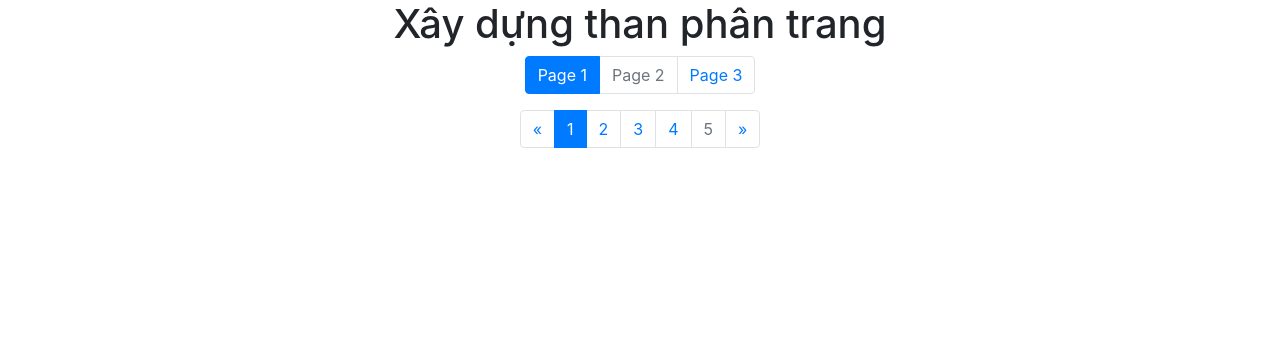
Repository: anhtu2110/front_end
Page: lesson/bootstrap/advance/5.7-pagination.html
These files come from the project's save history. The page is drawn as it stood at one moment and after the next save; the edit follows.
The browser window is 1280 px wide. The pictures show the whole page.

Above is the page before, as saved 2022-12-07 14:56:51.

### lesson/bootstrap/advance/5.7-pagination.html
<!DOCTYPE html>
<html lang="en">
  <head>
    <meta charset="UTF-8" />
    <meta http-equiv="X-UA-Compatible" content="IE=edge" />
    <meta name="viewport" content="width=device-width, initial-scale=1.0" />
    <link rel="stylesheet" href="./bootstrap/css/bootstrap.min.css" />
    <title>Xây dựng thanh phân trang danh sách bài viết, sản phẩm</title>
  </head>
  <body>
    <div class="container">
      <div class="row">
        <div class="col-md-12">
          <h1 class="text-center">Xây dựng than phân trang</h1>
          <nav aria-label="Page navigation">
            <ul class="pagination justify-content-center">
              <li class="page-item active" aria-current="page">
                <a class="page-link" href="#"
                  >Page 1 <span class="sr-only">(current)</span></a
                >
              </li>
              <li class="page-item disabled">
                <a class="page-link" href="#" tabindex="-1" aria-disabled="true"
                  >Page 2</a
                >
              </li>
              <li class="page-item">
                <a class="page-link" href="#">Page 3</a>
              </li>
            </ul>
          </nav>

          <nav>
            <ul class="pagination justify-content-center">
              <li class="page-item">
                <a href="" class="page-link">&laquo;</a>
              </li>
              <li class="page-item active">
                <a href="" class="page-link">1</a>
              </li>
              <li class="page-item">
                <a href="" class="page-link">2</a>
              </li>
              <li class="page-item">
                <a href="" class="page-link">3</a>
              </li>
              <li class="page-item">
                <a href="" class="page-link">4</a>
              </li>
              <li class="page-item disabled">
                <a href="" class="page-link">5</a>
              </li>
              <li class="page-item">
                <a href="" class="page-link">&raquo;</a>
              </li>
            </ul>
          </nav>
        </div>
      </div>
    </div>
    <script src="js/jquery-3.6.1.min.js"></script>
    <script src="js/popper.min.js"></script>
    <script src="./bootstrap/js/bootstrap.min.js"></script>
  </body>
</html>

Loaded but not shown: lesson/bootstrap/advance/bootstrap/css/bootstrap.min.css (library); lesson/bootstrap/advance/js/jquery-3.6.1.min.js (library); lesson/bootstrap/advance/js/popper.min.js (library); lesson/bootstrap/advance/bootstrap/js/bootstrap.min.js (library)

After the next save:
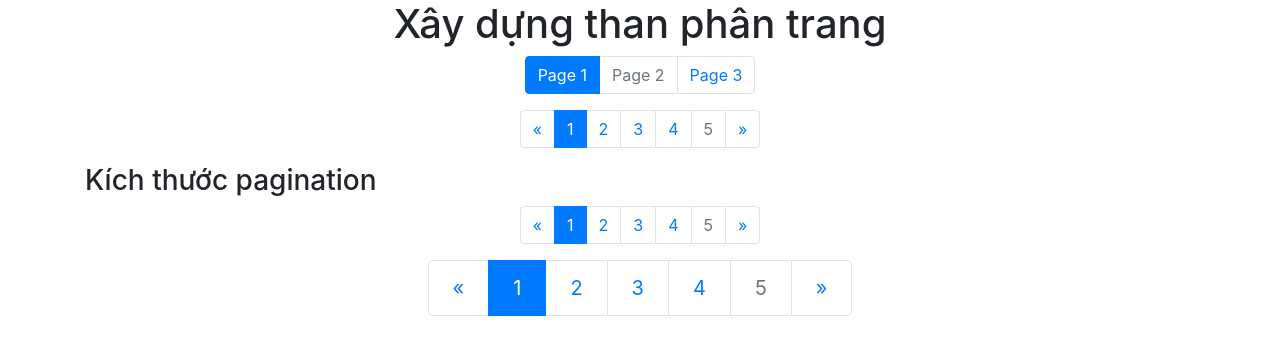
Saved 3 min 38 s later.
--- a/lesson/bootstrap/advance/5.7-pagination.html
+++ b/lesson/bootstrap/advance/5.7-pagination.html
@@ -55,6 +55,57 @@
               </li>
             </ul>
           </nav>
+          <h3>Kích thước pagination</h3>
+          <nav>
+            <ul class="pagination pagination sm justify-content-center">
+              <li class="page-item">
+                <a href="" class="page-link">&laquo;</a>
+              </li>
+              <li class="page-item active">
+                <a href="" class="page-link">1</a>
+              </li>
+              <li class="page-item">
+                <a href="" class="page-link">2</a>
+              </li>
+              <li class="page-item">
+                <a href="" class="page-link">3</a>
+              </li>
+              <li class="page-item">
+                <a href="" class="page-link">4</a>
+              </li>
+              <li class="page-item disabled">
+                <a href="" class="page-link">5</a>
+              </li>
+              <li class="page-item">
+                <a href="" class="page-link">&raquo;</a>
+              </li>
+            </ul>
+          </nav>
+          <nav>
+            <ul class="pagination pagination-lg justify-content-center">
+              <li class="page-item">
+                <a href="" class="page-link">&laquo;</a>
+              </li>
+              <li class="page-item active">
+                <a href="" class="page-link">1</a>
+              </li>
+              <li class="page-item">
+                <a href="" class="page-link">2</a>
+              </li>
+              <li class="page-item">
+                <a href="" class="page-link">3</a>
+              </li>
+              <li class="page-item">
+                <a href="" class="page-link">4</a>
+              </li>
+              <li class="page-item disabled">
+                <a href="" class="page-link">5</a>
+              </li>
+              <li class="page-item">
+                <a href="" class="page-link">&raquo;</a>
+              </li>
+            </ul>
+          </nav>
         </div>
       </div>
     </div>
